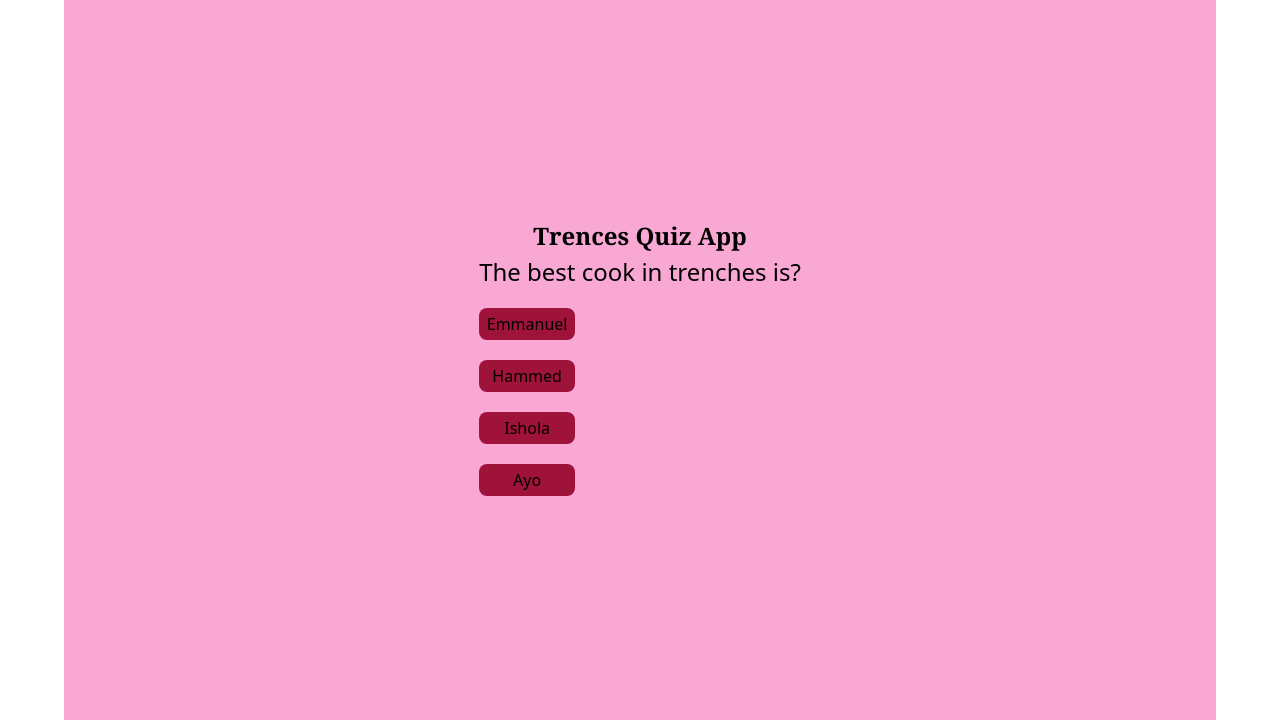
Repository: Semanmernstack/Quiz-react-app
Page: /, after clicking the first element matching `button`
The author's editor kept a copy of each file at every save. The page is drawn from the files as they stood at one save, then again after the next save.
The browser window is 1280 px wide. The pictures show the whole page.
The project was rebuilt for these pictures with package versions that can differ from the ones it lists, and the page was loaded fresh each time. Also part of the build but not shown: src/components/End.js.

Above is the page before, as saved 2023-01-29 07:43:12.

After the next save:
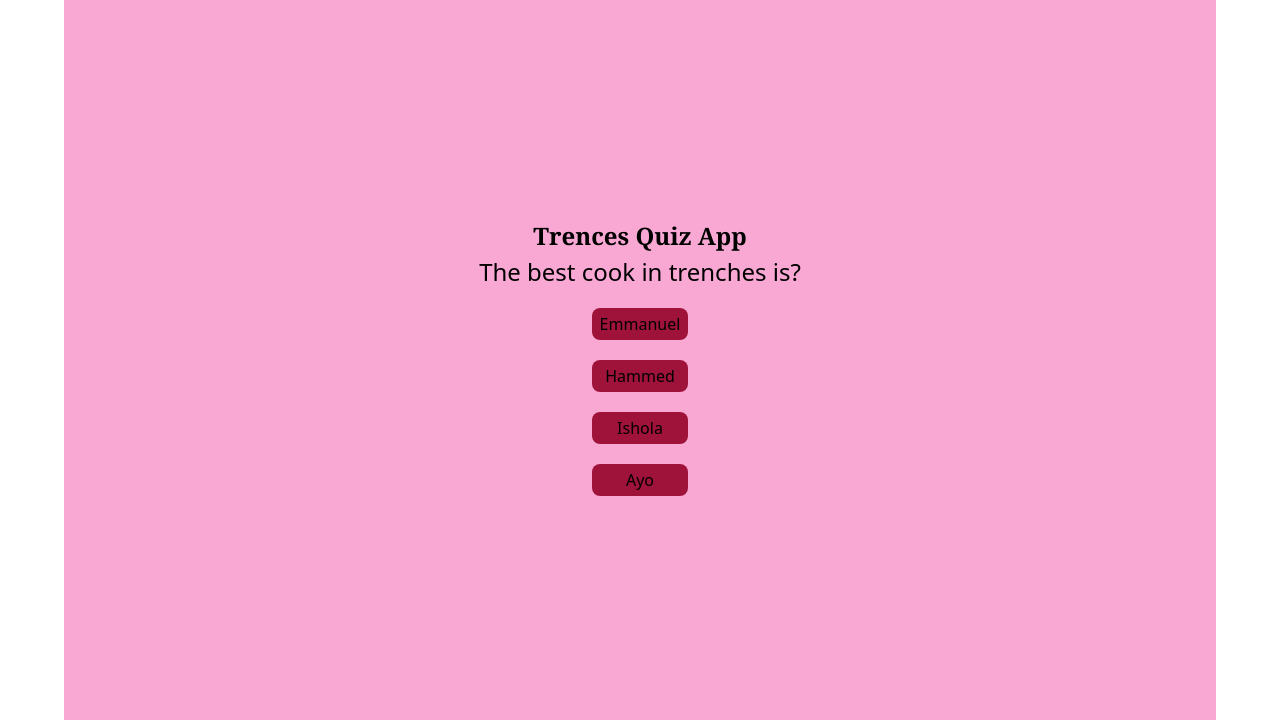
Saved 19 s later.
--- a/src/components/Quiz.js
+++ b/src/components/Quiz.js
@@ -8,7 +8,7 @@ function Quiz() {
   return (
     <div className=" p-1 rounded-xl   ">
         <h1 className="text-2xl">{Question[current].prompt}</h1>
-        <div className="flex mt-5  cursor-pointer flex-col gap-5">
+        <div className="flex mt-5  cursor-pointer flex-col gap-5 items-center text-center">
             <button className="w-24 bg-rose-800 p-1 rounded-lg">{Question[current].optionA}</button>
             <button className="w-24 bg-rose-800 p-1 rounded-lg">{Question[current].optionB}</button>
             <button className="w-24 bg-rose-800 p-1 rounded-lg">{Question[current].optionC}</button>
